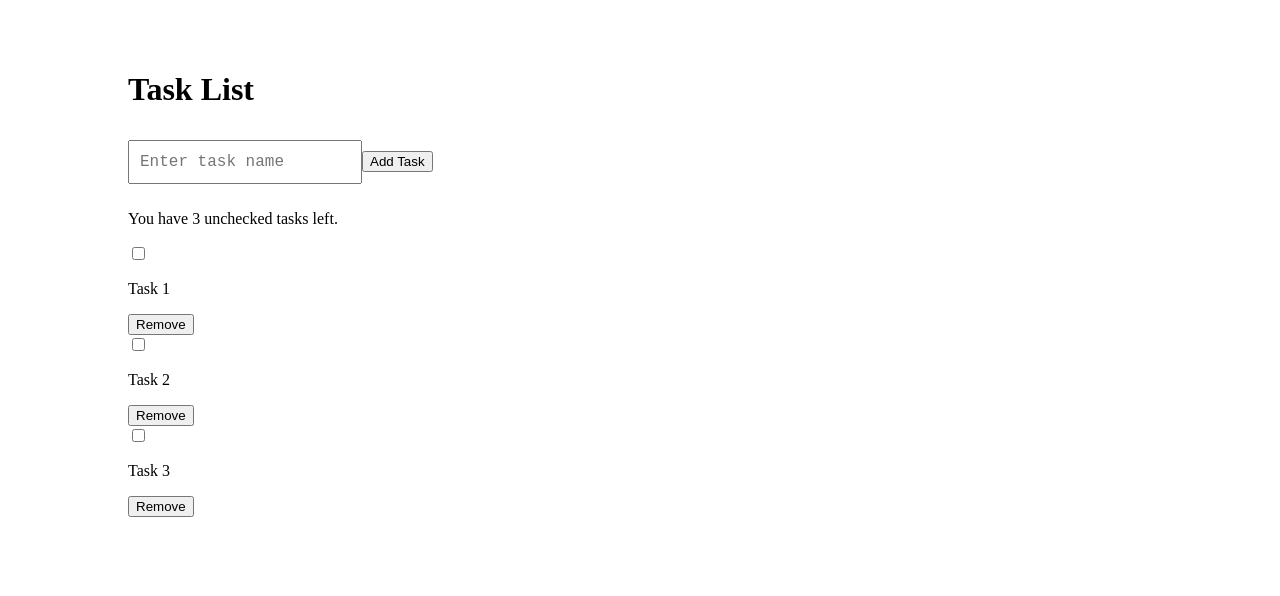
Repository: SandyLy453/task-list
Page: /
The author's editor kept a copy of each file at every save. The page is drawn from the files as they stood at one save, then again after the next save.
The browser window is 1280 px wide. The pictures show the whole page.
The project was rebuilt for these pictures with package versions that can differ from the ones it lists, and the page was loaded fresh each time. Also part of the build but not shown: vite.config.js.

Above is the page before, as saved 2024-10-11 15:19:10.

After the next save:
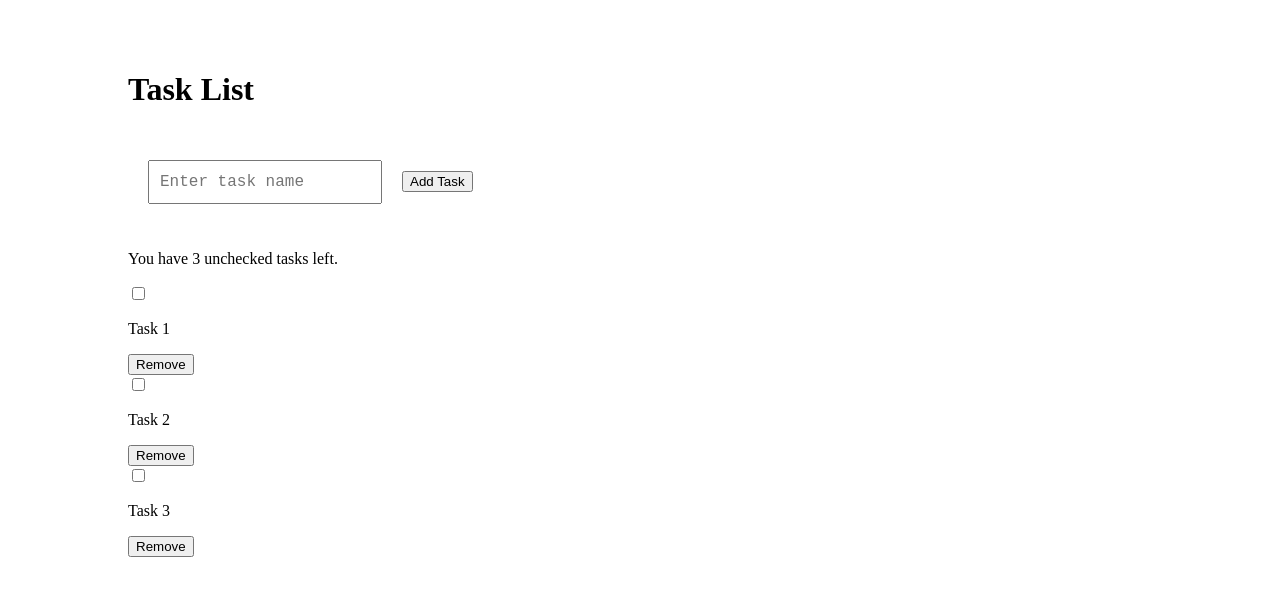
Saved 18 s later.
--- a/src/index.css
+++ b/src/index.css
@@ -12,4 +12,5 @@
   padding: 10px;
   font-size: 16px;
   font-family: monospace;
+  margin: 20px;
 }
